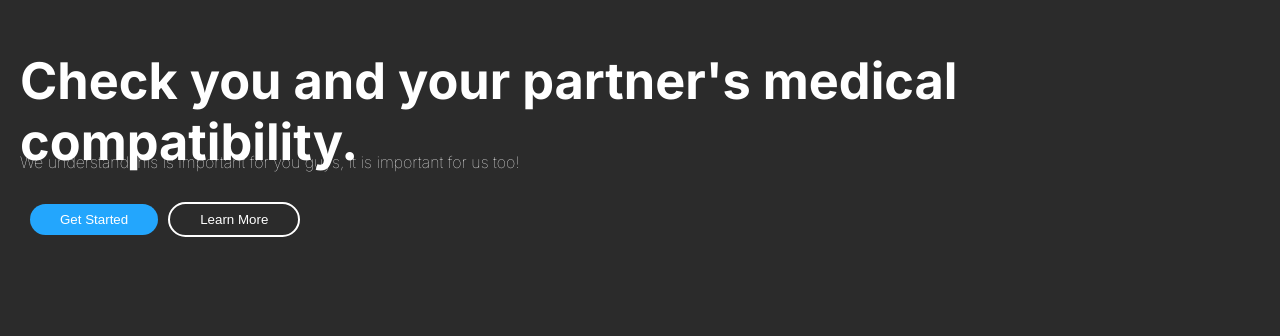
Repository: devhabeeblateef/tictactoe
Page: /
The author's editor kept a copy of each file at every save. The page is drawn from the files as they stood at one save, then again after the next save.
The browser window is 1280 px wide. The pictures show the whole page.
The project was rebuilt for these pictures with package versions that can differ from the ones it lists, and the page was loaded fresh each time. Also part of the build but not shown: src/App.css.

Above is the page before, as saved 2022-06-17 00:40:27.

### src/App.js
import logo from './logo.svg';
import './App.css';
import Home from './Home';

function App() {
  return (
    <div>
      <Home/>
    </div>
  );
}

export default App;

### src/Home.js
import React from 'react'
import classes from './Home.module.css'

function Home() {
  return (
    <div className={classes.home}>
    <h1 className={classes.home__header}>
        Check you and your partner's medical compatibility.
    </h1>
    <p className={classes.home__info}>
        We understand this is important for you guys, it
        is important for us too!
    </p>
    <div className={classes.button}>
        <button className={classes.button__one}><a href="index2.html">Get Started</a></button>
        <button className={classes.button__two}>Learn More</button>
    </div>
    </div>
  )
}

export default Home

### src/Home.module.css
@import url('https://fonts.googleapis.com/css2?family=Inter:wght@100;200;300;400;500;600;700;800;900&display=swap');

body
{
    background-color: #2b2b2b;
    color: #fff;
}

.home__header
{
    margin:50px 20px;
    font-size: 5ch;
    font-family: 'Inter', sans-serif;
    font-weight: bold;
}

.home__info
{
    font-family: 'Inter', sans-serif;
    font-weight: 100;
    margin: -70px 20px;
    color: #fff
}

img
{
    width: 350px;
}

.button
{
    margin: 100px 30px;
}


.button__one
{
    background-color: #23A6FD;
    border-radius: 60px;
    border: none;
    padding:8px 30px;
    color: white;
    font-family: 'Montserrat', sans-serif;
    cursor: pointer;
}

.button__two
{
    margin-left: 10px;
    background-color: transparent;
    border-radius: 60px;
    padding: 8px 30px;
    border: 2px solid #fff;
    color: white;
    font-family: 'Montserrat', sans-serif;
    cursor: pointer;
}

@media (max-width:400px){
.button__two
{
    margin: 20px 0;
    border-radius: 60px;

}
}

a
{
    color: #fff;
    text-decoration: none;
}

a:hover
{
    color: white;
}

Loaded but not shown: src/index.js (common file); src/index.css (common file); src/reportWebVitals.js (common file)

After the next save:
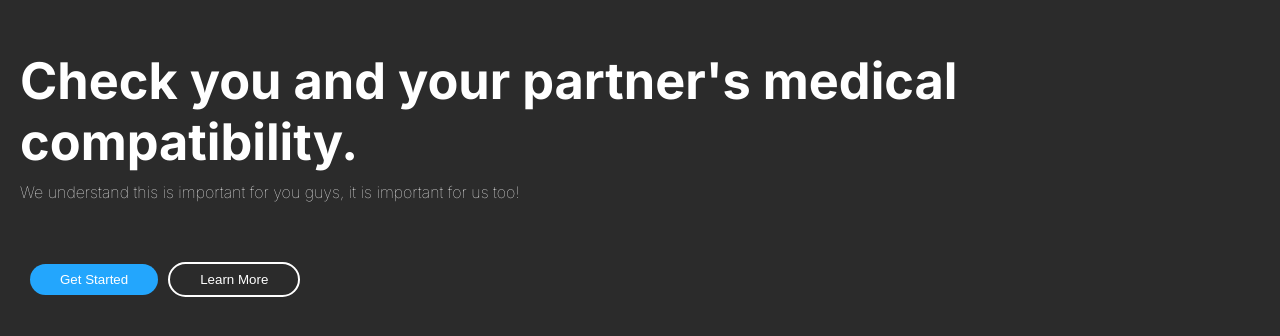
Saved 10 s later.
--- a/src/Home.module.css
+++ b/src/Home.module.css
@@ -18,8 +18,7 @@ body
 {
     font-family: 'Inter', sans-serif;
     font-weight: 100;
-    margin: -70px 20px;
-    color: #fff
+    margin: -40px 20px;
 }
 
 img
